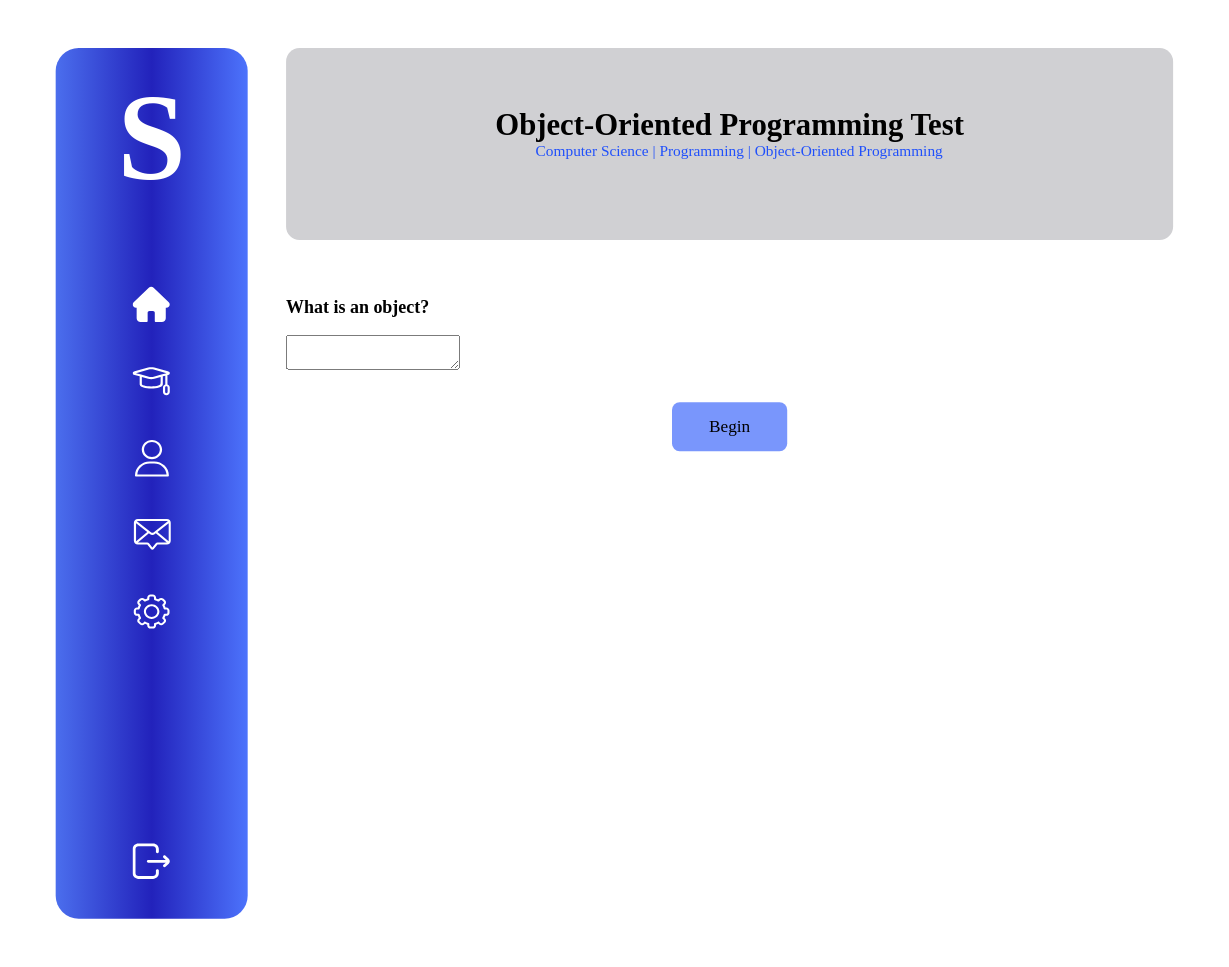
Repository: rafalzacher1/smartify-interface
Page: test.html
These files come from the project's save history. The page is drawn as it stood at one moment and after a run of saves; the edit follows.
The browser window is 1280 px wide. The pictures show the whole page, at 96% of full size.
Some web fonts or font styles are not loaded; a fallback is used.

Above is the page before, as saved 2022-06-30 19:46:40.

### test.html
<!DOCTYPE html>
<html lang="en">

<head>
    <link rel="stylesheet" href="./styles/home.css">
    <link rel="stylesheet" href="./styles/navigation.css">
    <link rel="stylesheet" href="./styles/search.css">
    <link rel="stylesheet" href="./styles/test.css">
    <link rel="stylesheet" href="./styles/question.css">
    <link rel="stylesheet" href="https://cdnjs.cloudflare.com/ajax/libs/font-awesome/4.7.0/css/font-awesome.min.css">
    <link href='https://fonts.googleapis.com/css?family=Baloo Bhai' rel='stylesheet'>
</head>

<body>
    <div id="main-container">
        <div id="navigation-container">
            <h1>S</h1>

            <nav id="navigation-options">
                <svg width="27" height="25" viewBox="0 0 27 25" fill="none" xmlns="http://www.w3.org/2000/svg"
                    onclick="document.location='./index.html'">
                    <path
                        d="M25.5018 10.9867C25.5012 10.9862 25.5006 10.9856 25.5 10.985L14.8668 0.890976C14.4135 0.460518 13.8109 0.223389 13.17 0.223389C12.529 0.223389 11.9264 0.460329 11.473 0.890787L0.845318 10.9797C0.841738 10.9831 0.838158 10.9867 0.834579 10.9901C-0.0961545 11.8788 -0.0945635 13.3206 0.839153 14.207C1.26574 14.6122 1.82915 14.8469 2.43154 14.8714C2.456 14.8737 2.48066 14.8748 2.50552 14.8748H2.92932V22.3034C2.92932 23.7734 4.1892 24.9694 5.73803 24.9694H9.89809C10.3197 24.9694 10.6618 24.6449 10.6618 24.2444V18.4204C10.6618 17.7496 11.2365 17.204 11.9431 17.204H14.3968C15.1034 17.204 15.6782 17.7496 15.6782 18.4204V24.2444C15.6782 24.6449 16.02 24.9694 16.4419 24.9694H20.6019C22.1508 24.9694 23.4106 23.7734 23.4106 22.3034V14.8748H23.8036C24.4444 14.8748 25.047 14.6379 25.5006 14.2074C26.4353 13.3195 26.4357 11.8752 25.5018 10.9867V10.9867Z"
                        fill="white" />
                </svg>

                <svg width="29" height="22" viewBox="0 0 29 22" fill="none" xmlns="http://www.w3.org/2000/svg">
                    <path
                        d="M26.4228 13.5237V6.40629L26.734 6.31764C27.9305 5.97676 28.1816 5.39965 28.1816 4.97552C28.1816 4.55139 27.9304 3.97428 26.734 3.63356L16.4958 0.717713C15.8653 0.538127 15.0388 0.43924 14.1689 0.43924C13.299 0.43924 12.4726 0.538127 11.8419 0.717713L1.60382 3.63356C0.407257 3.97428 0.156067 4.55139 0.156067 4.97557C0.156067 5.3997 0.407202 5.97686 1.60376 6.31769L5.43281 7.4082V13.2841C5.43281 14.0138 5.93239 15.0416 8.31243 15.7947C9.88887 16.2936 11.9687 16.5683 14.1688 16.5683C16.3689 16.5683 18.4487 16.2936 20.0252 15.7947C22.4053 15.0415 22.9049 14.0138 22.9049 13.2841V7.40825L24.7806 6.87402V13.5237C23.7595 13.8501 23.0217 14.767 23.0217 15.8451V19.1846C23.0217 20.5351 24.179 21.6338 25.6017 21.6338C27.0242 21.6338 28.1816 20.5351 28.1816 19.1846V15.8451C28.1817 14.767 27.4439 13.8501 26.4228 13.5237ZM12.3137 2.21089C12.7886 2.07563 13.4647 1.9981 14.1689 1.9981C14.873 1.9981 15.5492 2.07563 16.024 2.21084L25.7315 4.97557L21.8438 6.08282C21.8416 6.08349 21.8394 6.08406 21.8372 6.08474L16.024 7.74036C15.5493 7.87556 14.8731 7.95309 14.169 7.95309C13.4649 7.95309 12.7886 7.87556 12.3138 7.74036L6.50073 6.08474C6.49849 6.08406 6.4963 6.08349 6.49405 6.08282L2.60639 4.97557L12.3137 2.21089ZM21.2629 11.2372C21.2629 13.3846 20.9647 13.8541 19.506 14.3157C18.0926 14.763 16.1971 15.0093 14.1689 15.0093C12.1406 15.0093 10.2452 14.763 8.83178 14.3157C7.37313 13.8541 7.07493 13.3845 7.07493 13.2841V7.87582L11.842 9.23348C12.4726 9.41307 13.299 9.51196 14.1689 9.51196C15.0388 9.51196 15.8652 9.41307 16.4959 9.23348L21.2629 7.87582V11.2372ZM26.5395 19.1845C26.5395 19.6754 26.1188 20.0748 25.6017 20.0748C25.0846 20.0748 24.6639 19.6755 24.6639 19.1845V15.845C24.6639 15.3541 25.0846 14.9546 25.6017 14.9546C26.1189 14.9546 26.5395 15.3541 26.5395 15.845V19.1845Z"
                        fill="white" />
                </svg>

                <svg width="24" height="26" viewBox="0 0 24 26" fill="none" xmlns="http://www.w3.org/2000/svg">
                    <path
                        d="M12.1698 0.827911C8.37379 0.827911 5.28546 3.75975 5.28546 7.36343C5.28546 10.9671 8.37379 13.899 12.1698 13.899C15.9659 13.899 19.0542 10.9671 19.0542 7.36343C19.0542 3.75975 15.9659 0.827911 12.1698 0.827911ZM12.1698 12.4466C9.21735 12.4466 6.81532 10.1663 6.81532 7.36343C6.81532 4.56057 9.21735 2.28025 12.1698 2.28025C15.1223 2.28025 17.5243 4.56057 17.5243 7.36343C17.5243 10.1663 15.1223 12.4466 12.1698 12.4466Z"
                        fill="white" />
                    <path
                        d="M20.7353 18.1686C18.8505 16.3518 16.3519 15.3513 13.6997 15.3513H10.64C7.98784 15.3513 5.48917 16.3518 3.60439 18.1686C1.72883 19.9765 0.695923 22.3628 0.695923 24.8883C0.695923 25.2894 1.03841 25.6145 1.46085 25.6145H22.8789C23.3013 25.6145 23.6438 25.2894 23.6438 24.8883C23.6438 22.3628 22.6109 19.9765 20.7353 18.1686ZM2.25944 24.1621C2.64267 20.043 6.25497 16.8036 10.64 16.8036H13.6997C18.0848 16.8036 21.6971 20.043 22.0803 24.1621H2.25944Z"
                        fill="white" />
                </svg>


                <svg width="27" height="23" viewBox="0 0 27 23" fill="none" xmlns="http://www.w3.org/2000/svg">
                    <path
                        d="M24.1913 0.381134H3.77551C2.23533 0.381134 0.9823 1.57067 0.9823 3.0328V15.7608C0.9823 17.223 2.23533 18.4125 3.77551 18.4125H10.353C10.4332 18.4125 10.5096 18.4491 10.5573 18.5105L12.957 21.5991C13.1975 21.9087 13.5678 22.0872 13.9729 22.089H13.979C14.3819 22.089 14.7514 21.9139 14.9937 21.608L17.4479 18.5087C17.4956 18.4484 17.5715 18.4124 17.6509 18.4124H24.1913C25.7315 18.4124 26.9845 17.2229 26.9845 15.7608V3.03276C26.9845 1.57063 25.7315 0.381134 24.1913 0.381134ZM25.4609 15.7608C25.4609 15.8747 25.4439 15.9848 25.4127 16.0892L17.5863 9.57636L25.4609 3.37251V15.7608ZM24.1913 1.8275C24.4235 1.8275 24.6413 1.88728 24.8287 1.99108L14.7964 9.8948C14.3265 10.265 13.6446 10.265 13.1747 9.8948L3.14064 1.98969C3.32753 1.88675 3.54433 1.8275 3.77551 1.8275H24.1913ZM2.55416 16.0892C2.52293 15.9848 2.50587 15.8747 2.50587 15.7608V3.36913L10.3826 9.57457L2.55416 16.0892ZM16.2301 17.6396L13.9808 20.4801L11.7834 17.6519C11.4498 17.2225 10.915 16.9661 10.3529 16.9661H3.81172L11.5698 10.5099L12.2017 11.0078C12.7186 11.415 13.3519 11.6185 13.9855 11.6185C14.6189 11.6185 15.2525 11.4148 15.7693 11.0078L16.399 10.5117L24.155 16.9661H17.6509C17.0952 16.9661 16.5641 17.2178 16.2301 17.6396Z"
                        fill="white" />
                </svg>

                <svg width="28" height="25" viewBox="0 0 28 25" fill="none" xmlns="http://www.w3.org/2000/svg">
                    <path
                        d="M14.8013 24.9227H13.1654C11.8422 24.9227 10.7657 23.9008 10.7657 22.6447V22.1193C10.2032 21.9486 9.65665 21.7333 9.13159 21.4753L8.73937 21.8477C7.7894 22.7506 6.2677 22.7241 5.34533 21.8473L4.18907 20.7497C3.26507 19.8735 3.23849 18.4294 4.18937 17.5277L4.58129 17.1556C4.30958 16.6571 4.08276 16.1384 3.90299 15.6043H3.34958C2.02648 15.6043 0.949951 14.5823 0.949951 13.3262V11.7731C0.949951 10.517 2.02648 9.4951 3.34963 9.4951H3.90304C4.08281 8.96103 4.30963 8.44223 4.58134 7.94378L4.18912 7.57148C3.2388 6.67028 3.26502 5.22602 4.18942 4.34942L5.34579 3.2517C6.2703 2.37283 7.79164 2.35089 8.73978 3.25199L9.13165 3.624C9.6567 3.3661 10.2032 3.15073 10.7658 2.98007V2.4547C10.7658 1.1986 11.8422 0.176666 13.1654 0.176666H14.8014C16.1245 0.176666 17.201 1.1986 17.201 2.4547V2.98012C17.7636 3.15073 18.3101 3.3661 18.8351 3.62405L19.2274 3.2517C20.1773 2.34876 21.699 2.37525 22.6214 3.25204L23.7777 4.34966C24.7017 5.22587 24.7283 6.66999 23.7774 7.57172L23.3854 7.94378C23.6572 8.44223 23.884 8.96098 24.0637 9.4951H24.6172C25.9403 9.4951 27.0168 10.517 27.0168 11.7731V13.3262C27.0168 14.5823 25.9403 15.6043 24.6172 15.6043H24.0637C23.884 16.1383 23.6572 16.6571 23.3854 17.1556L23.7777 17.5279C24.728 18.4291 24.7018 19.8734 23.7774 20.75L22.621 21.8477C21.6965 22.7266 20.1751 22.7485 19.227 21.8474L18.8351 21.4754C18.3101 21.7333 17.7636 21.9487 17.201 22.1193V22.6448C17.201 23.9008 16.1245 24.9227 14.8013 24.9227V24.9227ZM9.38692 19.9527C10.1163 20.3622 10.9014 20.6716 11.7203 20.8722C12.0575 20.9548 12.2931 21.2436 12.2931 21.5742V22.6447C12.2931 23.1013 12.6845 23.4727 13.1654 23.4727H14.8014C15.2824 23.4727 15.6737 23.1013 15.6737 22.6447V21.5742C15.6737 21.2436 15.9093 20.9548 16.2466 20.8722C17.0655 20.6716 17.8505 20.3622 18.5799 19.9527C18.8801 19.7842 19.2621 19.8301 19.5087 20.0641L20.3074 20.8224C20.6518 21.1497 21.2048 21.1421 21.5407 20.8227L22.6978 19.7243C23.0329 19.4066 23.0441 18.8815 22.6981 18.5535L21.899 17.7949C21.6525 17.5609 21.6042 17.1981 21.7817 16.9133C22.213 16.2208 22.5389 15.4756 22.7502 14.6981C22.8373 14.378 23.1414 14.1544 23.4897 14.1544H24.6172C25.0982 14.1544 25.4895 13.7829 25.4895 13.3263V11.7732C25.4895 11.3166 25.0982 10.9451 24.6172 10.9451H23.4897C23.1414 10.9451 22.8373 10.7214 22.7502 10.4013C22.5389 9.6239 22.213 8.87862 21.7817 8.18622C21.6042 7.90135 21.6525 7.53857 21.899 7.30454L22.6978 6.54626C23.0431 6.21886 23.0341 5.69397 22.6981 5.37541L21.5411 4.27707C21.2058 3.95827 20.6527 3.94894 20.3078 4.27678L19.5088 5.03535C19.2622 5.26942 18.88 5.31524 18.58 5.14675C17.8506 4.73724 17.0655 4.42786 16.2466 4.22724C15.9094 4.14464 15.6738 3.8559 15.6738 3.52526V2.4547C15.6738 1.99811 15.2824 1.62663 14.8014 1.62663H13.1655C12.6845 1.62663 12.2932 1.99811 12.2932 2.4547V3.52516C12.2932 3.8558 12.0576 4.14454 11.7203 4.22714C10.9014 4.42777 10.1164 4.73714 9.38697 5.14666C9.08679 5.3151 8.7047 5.26928 8.45818 5.03525L7.65948 4.27697C7.31511 3.94966 6.76205 3.95725 6.42619 4.27663L5.26911 5.37503C4.93401 5.69276 4.92281 6.21779 5.26881 6.54587L6.06787 7.30445C6.31438 7.53847 6.36265 7.90125 6.18522 8.18612C5.75385 8.87852 5.42801 9.62381 5.21667 10.4012C5.12961 10.7214 4.82547 10.945 4.47723 10.945H3.34963C2.86867 10.9451 2.47731 11.3165 2.47731 11.7731V13.3262C2.47731 13.7828 2.86867 14.1543 3.34963 14.1543H4.47718C4.82547 14.1543 5.12956 14.378 5.21662 14.6981C5.42796 15.4755 5.75385 16.2208 6.18517 16.9132C6.3626 17.1981 6.31433 17.5609 6.06782 17.7949L5.26906 18.5532C4.92378 18.8806 4.93279 19.4055 5.26876 19.724L6.42573 20.8224C6.76109 21.1412 7.31419 21.1505 7.65907 20.8226L8.45808 20.0641C8.63974 19.8917 9.01765 19.7454 9.38692 19.9527V19.9527Z"
                        fill="white" />
                    <path
                        d="M13.9834 17.9339C10.856 17.9339 8.31177 15.5185 8.31177 12.5497C8.31177 9.58082 10.856 7.16547 13.9834 7.16547C17.1107 7.16547 19.6549 9.58082 19.6549 12.5497C19.6549 15.5185 17.1107 17.9339 13.9834 17.9339ZM13.9834 8.61543C11.6982 8.61543 9.83912 10.3803 9.83912 12.5497C9.83912 14.719 11.6982 16.4839 13.9834 16.4839C16.2685 16.4839 18.1276 14.719 18.1276 12.5497C18.1276 10.3803 16.2685 8.61543 13.9834 8.61543Z"
                        fill="white" />
                </svg>


                <svg id="logout" width="27" height="26" viewBox="0 0 27 26" fill="none"
                    xmlns="http://www.w3.org/2000/svg">
                    <path
                        d="M18.5379 19.6672V21.6084C18.5379 23.7492 16.7034 25.4907 14.4484 25.4907H4.1734C1.91837 25.4907 0.0838623 23.7492 0.0838623 21.6084V4.52618C0.0838623 2.38541 1.91837 0.64386 4.1734 0.64386H14.4484C16.7034 0.64386 18.5379 2.38541 18.5379 4.52618V6.46734C18.5379 7.00343 18.0802 7.43792 17.5155 7.43792C16.9508 7.43792 16.4932 7.00343 16.4932 6.46734V4.52618C16.4932 3.45589 15.5758 2.58502 14.4484 2.58502H4.1734C3.04598 2.58502 2.12863 3.45589 2.12863 4.52618V21.6084C2.12863 22.6787 3.04598 23.5495 4.1734 23.5495H14.4484C15.5758 23.5495 16.4932 22.6787 16.4932 21.6084V19.6672C16.4932 19.1311 16.9508 18.6966 17.5155 18.6966C18.0802 18.6966 18.5379 19.1311 18.5379 19.6672ZM25.5083 11.4L23.2189 9.22667C22.8196 8.84753 22.1722 8.84753 21.773 9.22667C21.3736 9.60561 21.3736 10.2202 21.773 10.5991L23.4014 12.1452H11.1256C10.5609 12.1452 10.1032 12.5797 10.1032 13.1158C10.1032 13.6519 10.5609 14.0864 11.1256 14.0864H23.4014L21.773 15.6325C21.3736 16.0114 21.3736 16.626 21.773 17.005C21.9727 17.1945 22.2343 17.2893 22.4959 17.2893C22.7577 17.2893 23.0192 17.1945 23.2189 17.005L25.5083 14.8316C26.5049 13.8854 26.5049 12.3462 25.5083 11.4Z"
                        fill="white" />
                </svg>
            </nav>
        </div>

        <div id="test-container">
            <div id="test-container-header">
                <h1>Object-Oriented Programming Test</h1>
                <p>Computer Science | Programming | Object-Oriented Programming</p>
            </div>
        </div>

        <div id="question-container">
            <!-- <template class="initial"> -->
                <div id="initial">
                    <h3>What is an object?</h3>

                    <textarea name="question" type="text"></textarea>
                </div>
            <!-- </template> -->

            <template class="question">
                <div id="progress">
                    <progress id="questions" value="32" max="100"> 32% </progress>
                </div>

                <div id="question">
                    <h3>What is an object?</h3>

                    <textarea name="question" type="text"></textarea>
                </div>
            </template>

            <div id="progress-container">
                <button id="question-button" class="question-option"
                    onclick="document.location='./topic.html'">Begin</button>
            </div>
        </div>
    </div>
</body>

</html>

<!-- Answer -->
<!--
    An object is a single instance of a class; it is created by invoking the constructors of the class. Class exists in source temporal scope and objects exist in run-time temporal scope.
 -->
<!-- https://www.grin.com/document/423537 -->

### styles/home.css
#main-container {
    display: grid;
    grid-template-columns: 2fr 8fr 4fr;
    grid-template-rows: 200px 200px 200px;
    gap: 40px;
    margin: 50px;
}

### styles/navigation.css
#navigation-container {
  font-family: "Baloo Bhai";
  font-size: 26px;
  background: rgb(32, 80, 251);
  background: linear-gradient(
    90deg,
    rgba(30, 74, 233, 0.8) 0%,
    rgba(10, 10, 180, 0.9) 50%,
    rgba(32, 80, 251, 0.8) 100%
  );
  border-radius: 24px;
  width: 200px;
  height: 100%;
  text-align: center;
  display: inline-block;
  grid-column: 1;
  grid-row: 1 / 5;
}

#navigation-container h1 {
  font-family: "Baloo Bhai";
  font-size: 128px;
  color: #ffffff;
  margin: 0;
  padding-top: 20px;
  padding-bottom: 60px;
}

#navigation-options svg {
  margin-left: auto;
  margin-right: auto;
  display: block;
  padding: 20px;
  height: 40px;
  width: 40px;
}

#navigation-options svg:hover {
  opacity: 0.4;
  cursor: pointer;
}

#logout {
  margin-top: 180px;
  margin-bottom: 20px;
}

### styles/search.css
#search-container {
  grid-column: 3;
  grid-row: 1;
}

#search-container h2 {
  font-family: "Baloo Bhai";
  font-size: 16px;
}

form.example input[type="text"] {
  padding: 10px;
  font-size: 17px;
  border: 1px solid grey;
  float: left;
  width: 70%;
  background: #f1f1f1;
  border-radius: 15px 0 0 15px;
  font-family: "Baloo Bhai";
  font-size: 32px;
}

form.example button {
  float: left;
  width: 20%;
  padding: 10px;
  background: #2050fb;
  opacity: 0.6;
  color: white;
  font-size: 17px;
  border: 1px solid grey;
  border-left: none;
  cursor: pointer;
  border-radius: 0 15px 15px 0;
  font-family: "Baloo Bhai";
  font-size: 32px;
  box-sizing: border-box;
}

form.example button:hover {
  opacity: 1;
}

form.example::after {
  content: "";
  clear: both;
  display: table;
}

### styles/test.css
#test-container {
  grid-column: 2 / 4;
  grid-row: 1;
  background-color: #d0d0d3;
  border-radius: 14px;
}

#test-container h1 {
  font-family: "Baloo Bhai";
  font-size: 32px;
  margin-bottom: 0;
}

#test-container p {
  color: #2050fb;
  font-family: "Baloo Bhai";
  font-size: 16px;
  margin-top: 0;
  padding-left: 20px;
}

#test-container-header {
  text-align: center;
  margin-top: 62px;
  margin-bottom: 62px;
}

### styles/question.css
#question-container {
  grid-column: 2 / 4;
  grid-row: 2 / 5;
}

#progress {
  width: 80%;
  margin-left: auto;
  margin-right: auto;
}

.question-option,
input[type="submit"],
input[type="reset"] {
  background: none;
  color: inherit;
  border: none;
  padding: 0;
  font: inherit;
  cursor: pointer;
  outline: inherit;
  width: 30%;
  font-family: "Baloo Bhai";
  font-size: 18px;
}

#question {
    margin-top: 100px;
    height: 400px;
    border: 2px solid #000000;
    border-radius: 20px;
}

#progress-container {
    text-align: center;
}

#question-button {
  width: 120px;
  margin: 30px 20px;
  border-radius: 8px;
  padding: 15px;
  background-color: rgba(32, 80, 251, 0.6);
}

#question-button:hover {
  background-color: rgba(32, 80, 251, 1);
}

#questions {
  width: 100%;
  height: 50px;
}

#question h3 {
    text-align: center;
    font-family: "Baloo Bhai";
    font-size: 28px;
}

#question textarea {
    margin: 0 60px 0 60px;
    padding: 10px;
    width: 80%;
    height: 200px;
    font-family: "Baloo Bhai";
    font-size: 16px;
}

After the next 4 saves:
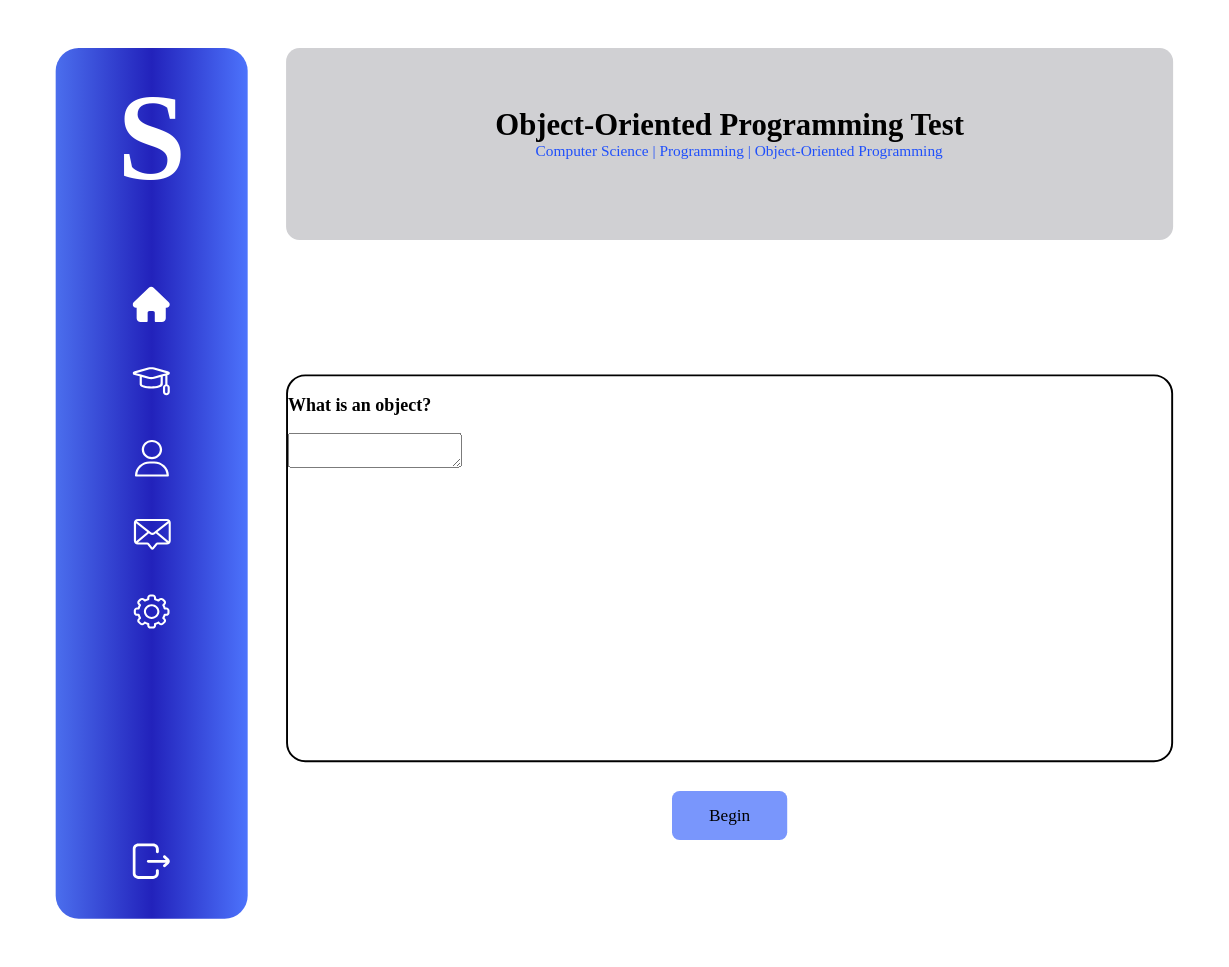
The 4 saves are shown as one change because they came seconds apart.
The last was saved 13 s later.
--- a/styles/question.css
+++ b/styles/question.css
@@ -25,6 +25,13 @@ input[type="reset"] {
 }
 
 #question {
+    margin-top: 100px;
+    height: 400px;
+    border: 2px solid #000000;
+    border-radius: 20px;
+}
+
+#initial {
     margin-top: 100px;
     height: 400px;
     border: 2px solid #000000;
